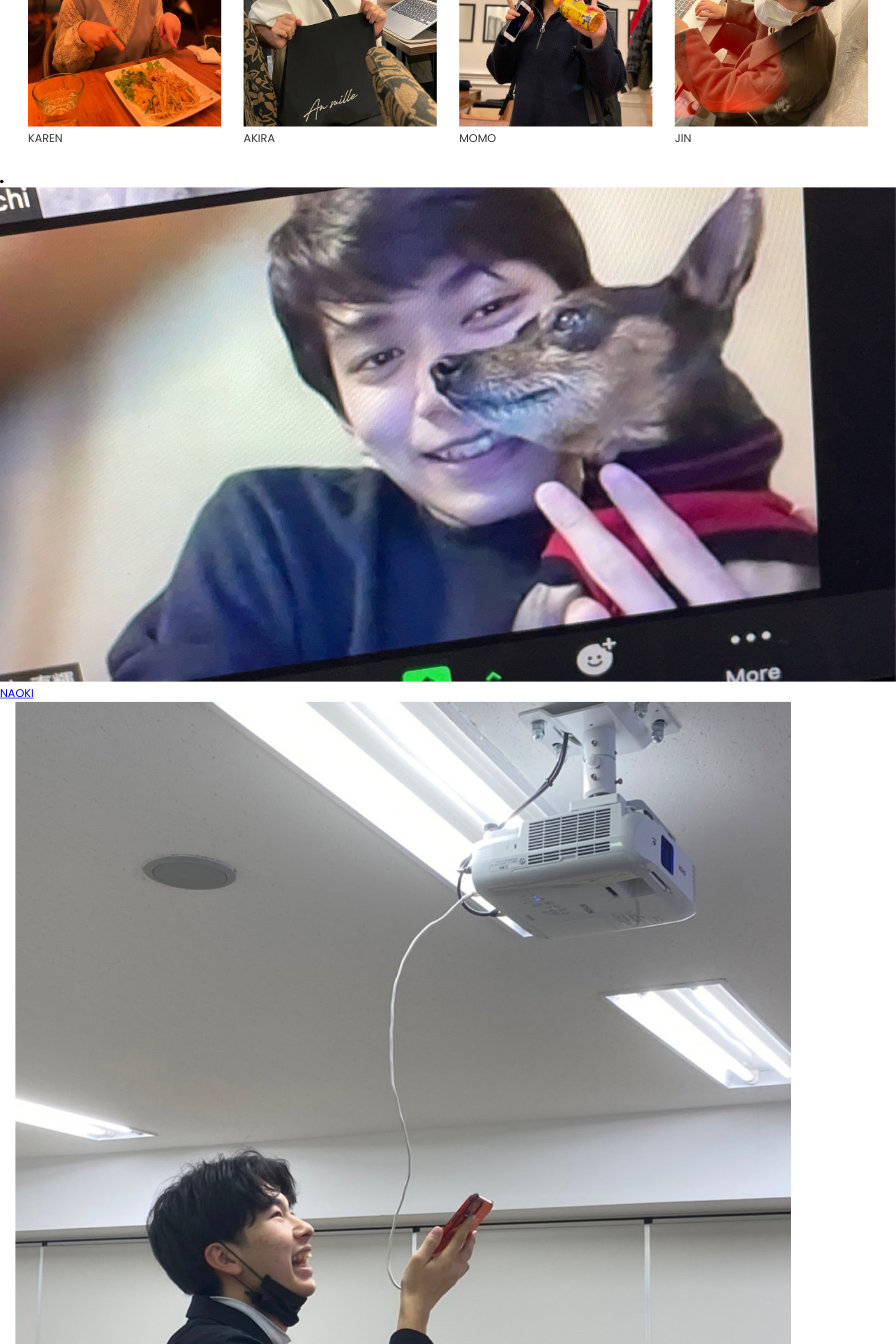
Repository: kohei23n/tenfeet
Page: index.html
The author's editor kept a copy of each file at every save. The page is drawn from the files as they stood at one save, then again after the next save.
The browser window is 1280 px wide. The pictures show the part of the page from y = 704 to 2624 px (the page is 11255 px tall before and 1829 px after), at 70% of full size.

Above is the page before, as saved 2022-02-08 23:22:19.

After the next save:
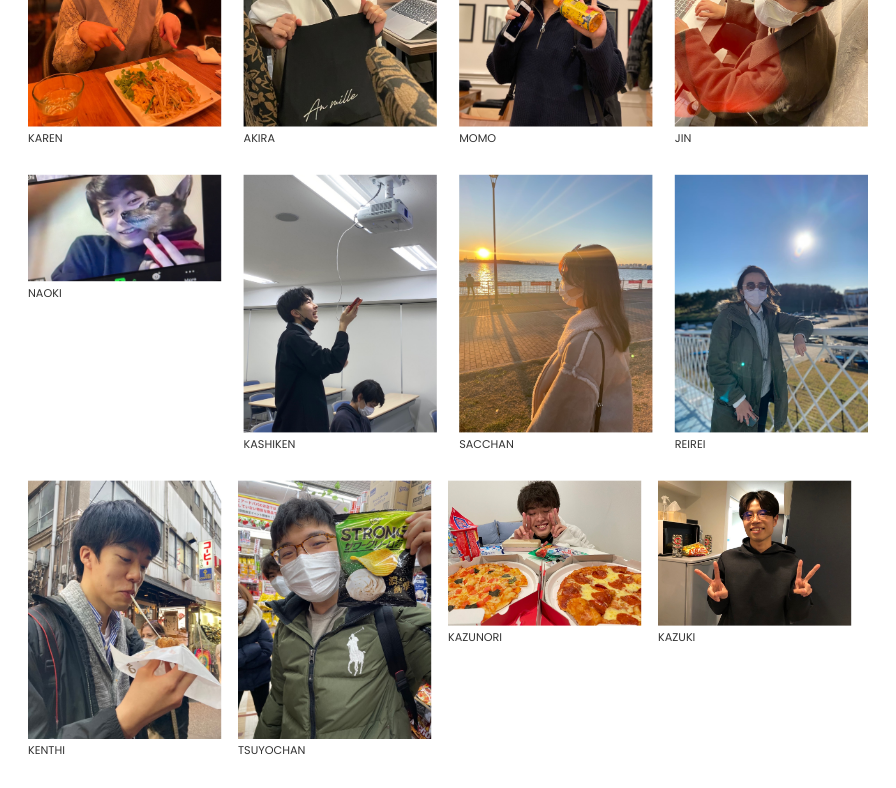
Saved 6 s later.
--- a/index.html
+++ b/index.html
@@ -86,7 +86,8 @@
     </div>
   </main>
 
-
+  <div id="top" class="wrapper2">
+    <ul class="product_list">
   <div id="member_list_2"></div>
 
   <script src="/main.js"></script>
